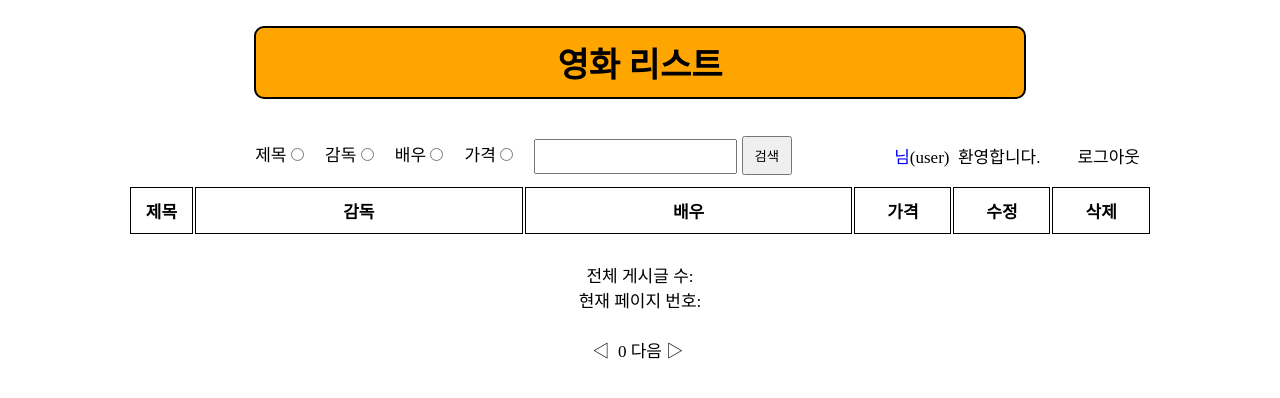
Repository: EverythingOfC/movie
Page: http://localhost/movie/movie/list.jsp
An editor plug-in stored every save of this project. The page is shown before and after the next save, followed by the edit.
The browser window is 1280 px wide. The pictures show the whole page.
The page is served by Tomcat 9. Nobody is signed in. The application's start-up code is not run. The template is opened directly, without the code that normally fills it, so the values that code supplies are empty.

Above is the page before, as saved 2023-01-03 10:03:46.

After the next save:
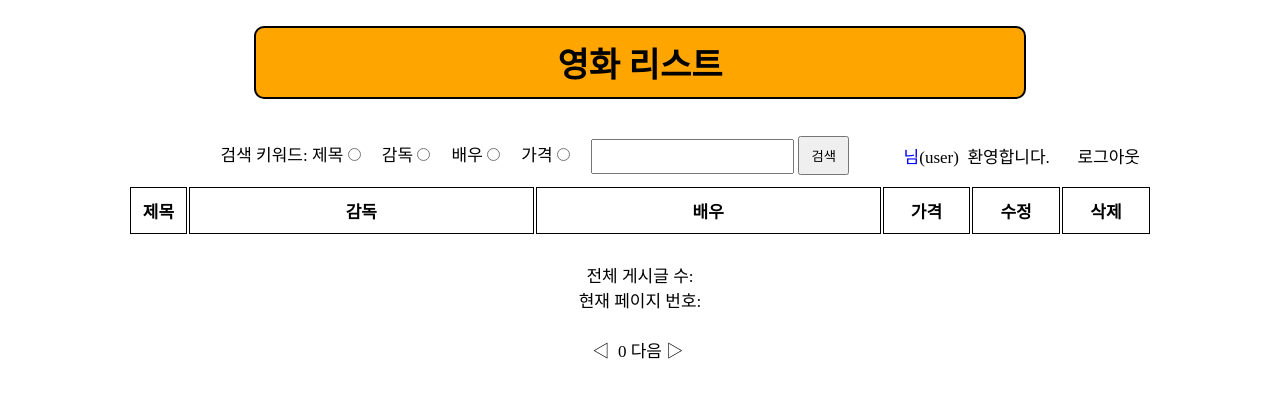
Saved 10 s later.
--- a/movie/src/main/webapp/movie/list.jsp
+++ b/movie/src/main/webapp/movie/list.jsp
@@ -21,6 +21,8 @@
 				<td style="border:0;"></td>
 				<td colspan="2" style="border:0; text-align:center;">
 				<form action="ms?command=list" method="get">
+
+				검색 키워드:
 
 				<label for="title">제목</label>
 				<input type="radio" name="column" value="title" id="title">&emsp;
